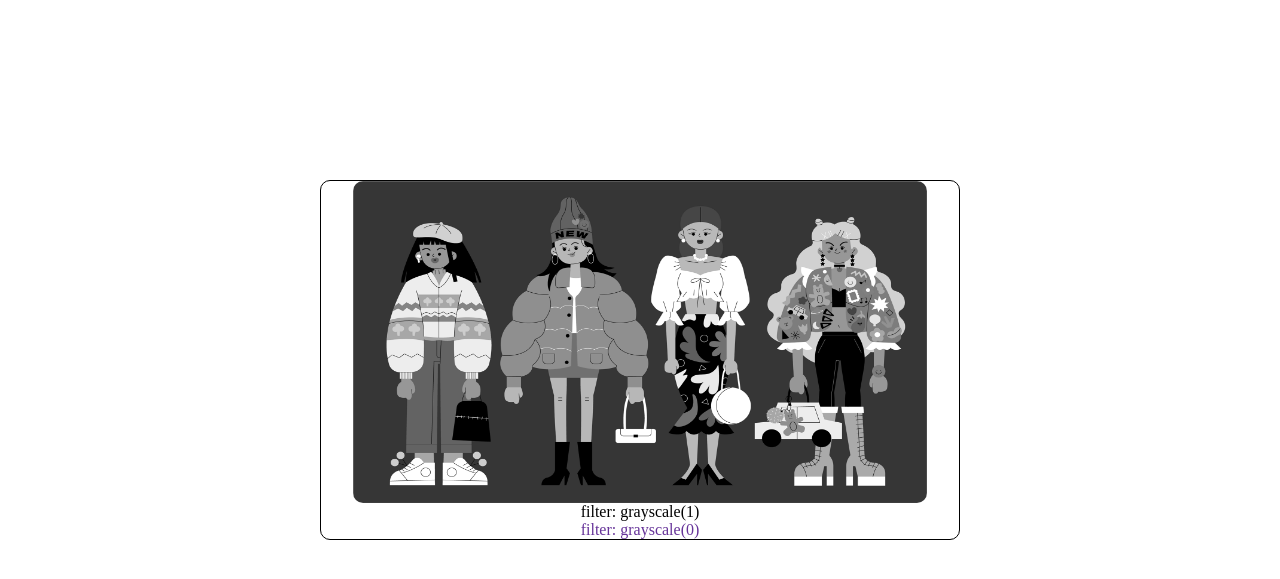
Repository: beva3/javaScrypt
Page: claire-dark/filter-grayscale.html
An editor plug-in stored every save of this project. The page is shown before and after a run of saves, followed by the edit.
The browser window is 1280 px wide. The pictures show the whole page.

Above is the page before, as saved 2024-05-10 13:13:24.

After the next 2 saves:
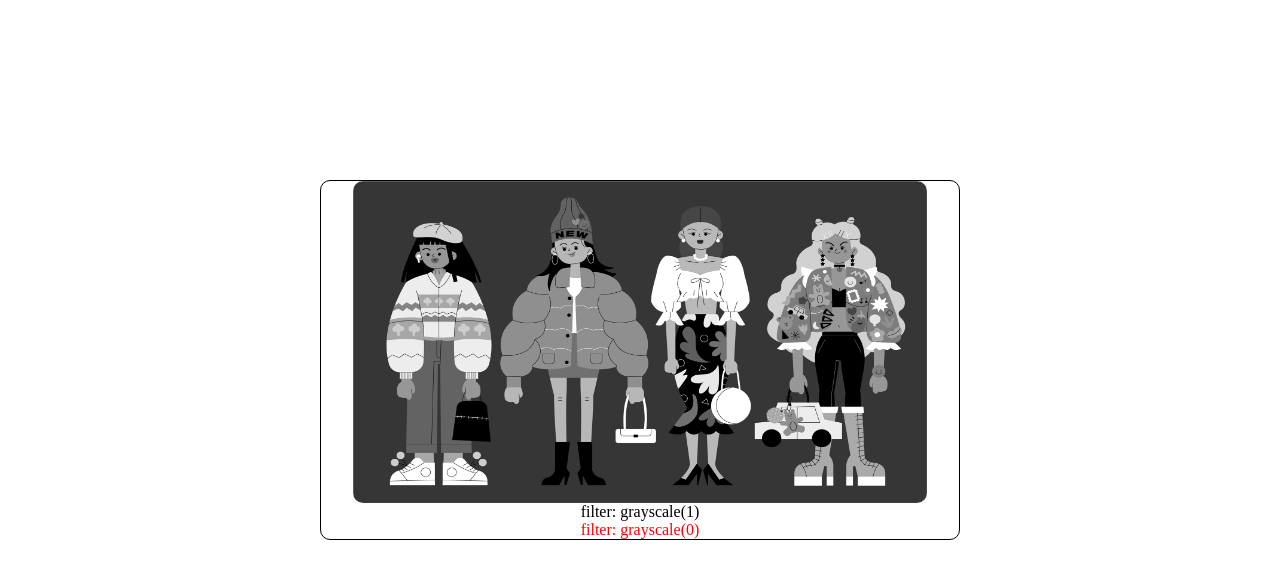
The 2 saves are shown as one change because they came seconds apart.
The last was saved 8 s later.
--- a/claire-dark/filter-grayscale.html
+++ b/claire-dark/filter-grayscale.html
@@ -22,7 +22,7 @@
                 border: 1px solid black;
                 border-radius: 10px;
                 #p0{
-                    color: rebeccapurple;
+                    color: red;
                 }
                 img{
                     width: 90%;
